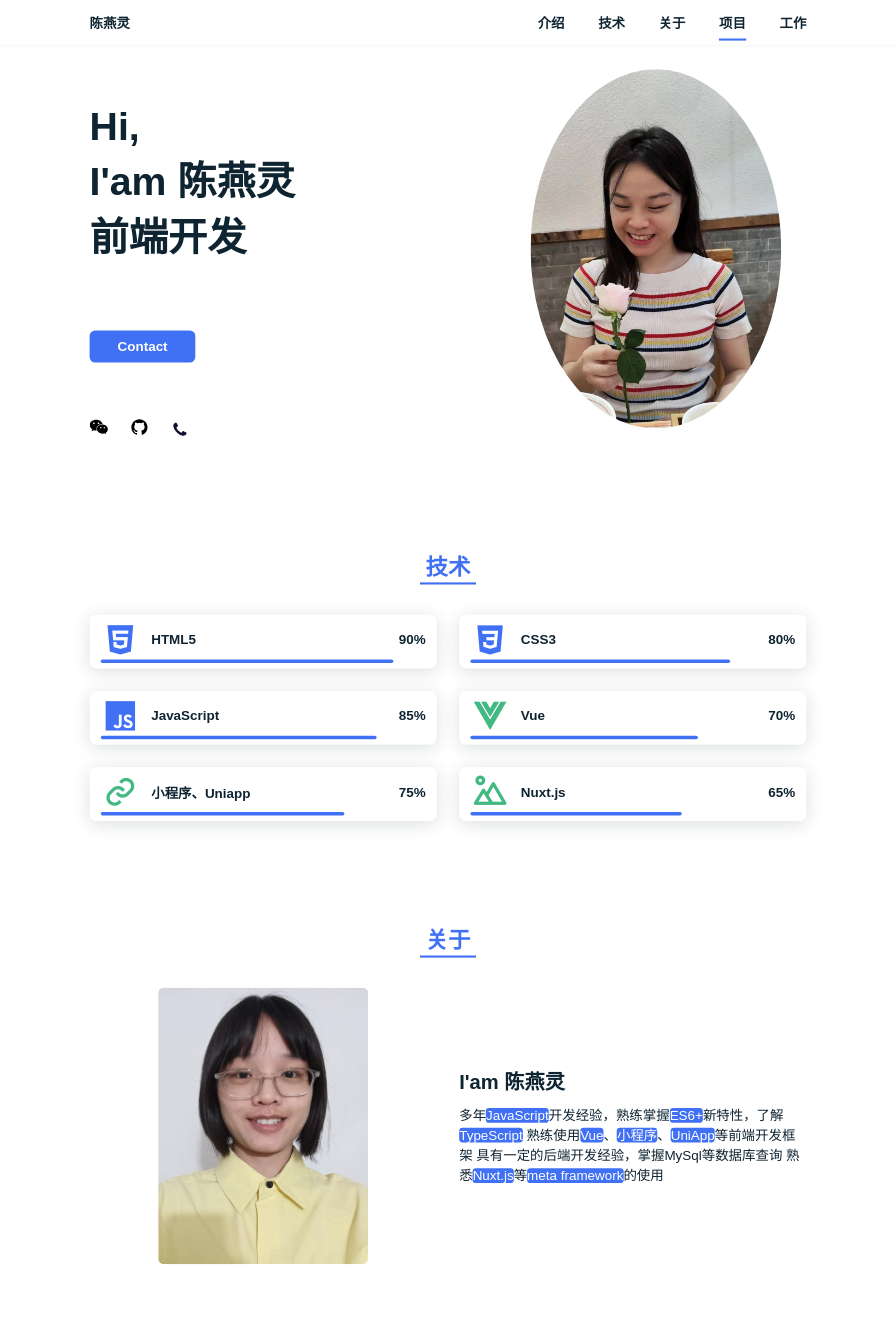
Repository: alinlinbo/yanling-resume-site
Page: index.html
An editor plug-in stored every save of this project. The page is shown before and after the next save, followed by the edit.
The browser window is 1280 px wide. The pictures show the part of the page from y = 0 to 1920 px (the page is 3770 px tall), at 70% of full size.

Above is the page before, as saved 2023-09-18 20:07:22.

After the next save:
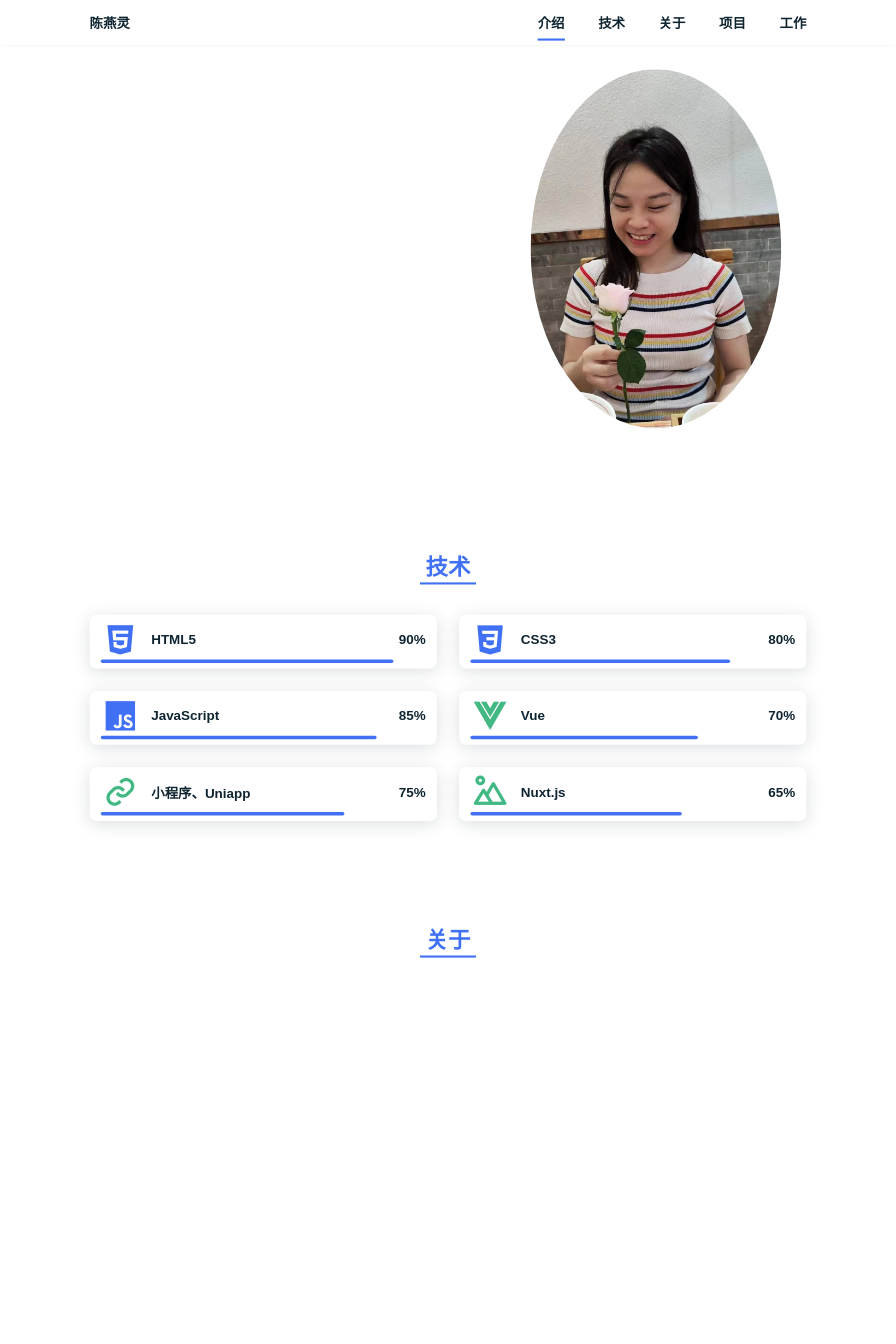
Console error: ReferenceError: mygit is not defined
Saved 62 s later.
--- a/assets/js/main.js
+++ b/assets/js/main.js
@@ -34,14 +34,14 @@ wechat.addEventListener('mouseleave', () => {
 })
 
 //hover github
-const github = document.getElementById('github')
+const github = document.getElementById('mygit')
 const homeGit = document.querySelector('.home__git')
-github.addEventListener('mouseenter', () => {
+mygit.addEventListener('mouseenter', () => {
   homeGit.style.animation = 'fadeIn 0.5s ease-in-out forwards'
   console.log('mouseenter')
 })
 
-github.addEventListener('mouseleave', () => {
+mygit.addEventListener('mouseleave', () => {
   homeCode.style.animation = 'fadeOut 1s ease-in-out forwards'
 })
 

After the save that followed:
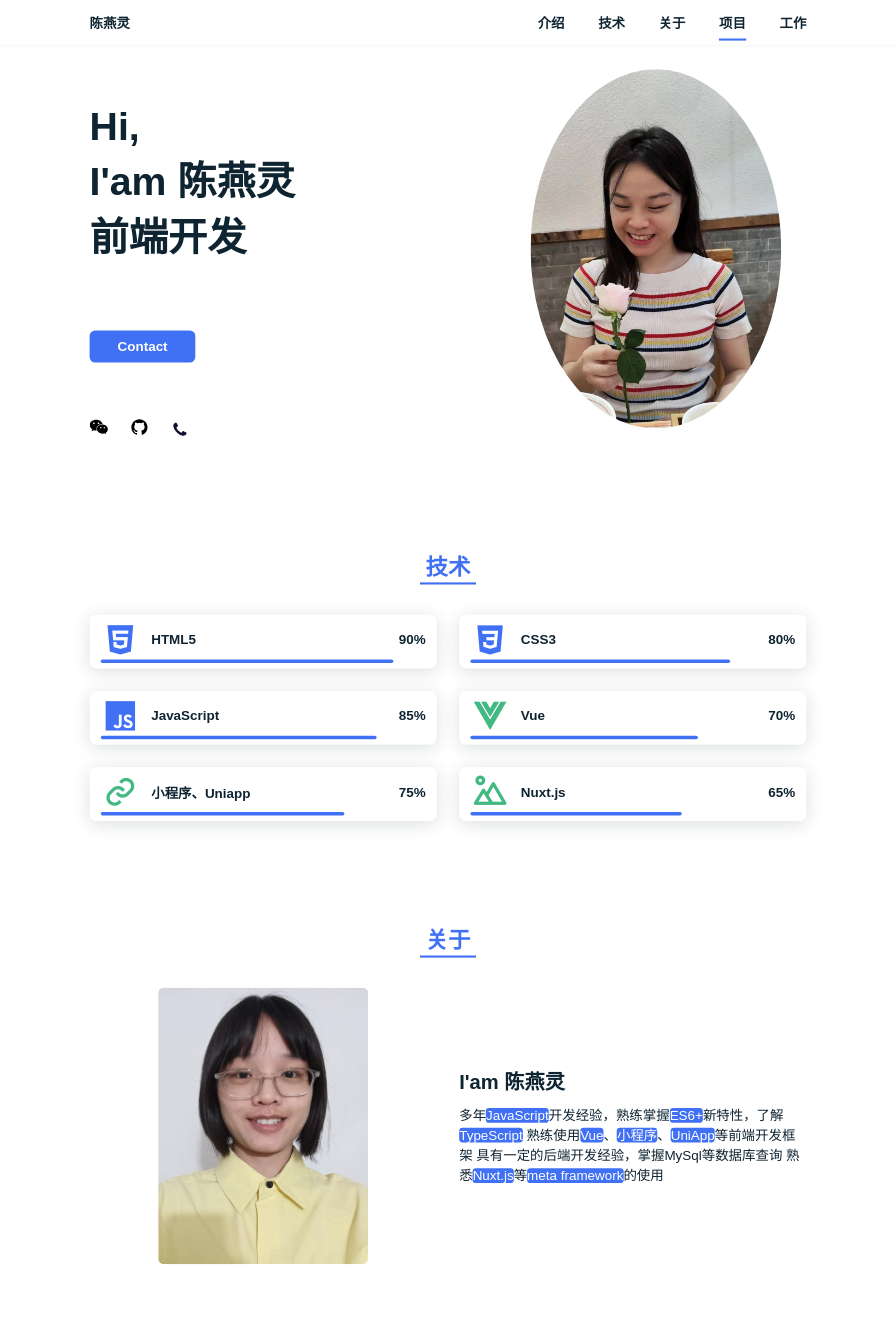
The error is gone.
Saved 1 s later.
--- a/index.html
+++ b/index.html
@@ -69,7 +69,7 @@
                     </svg>
                 </a>
                 <div class="home__social-icon" >
-                    <a href="#" id="github">
+                    <a href="#" id="mygit">
                         <svg class="svg-icon-home icon" aria-hidden="true">
                             <use xlink:href="#icon-github-fill"></use>
                         </svg>
@@ -80,7 +80,7 @@
                     </div>
                 </div>
                 <div  class="home__social-icon">
-                    <a href="#" >
+                    <a href="#" id="" >
                         <svg class="svg-icon-home svg-icon icon" aria-hidden="true">
                             <use xlink:href="#icon-phone"></use>
                         </svg>
